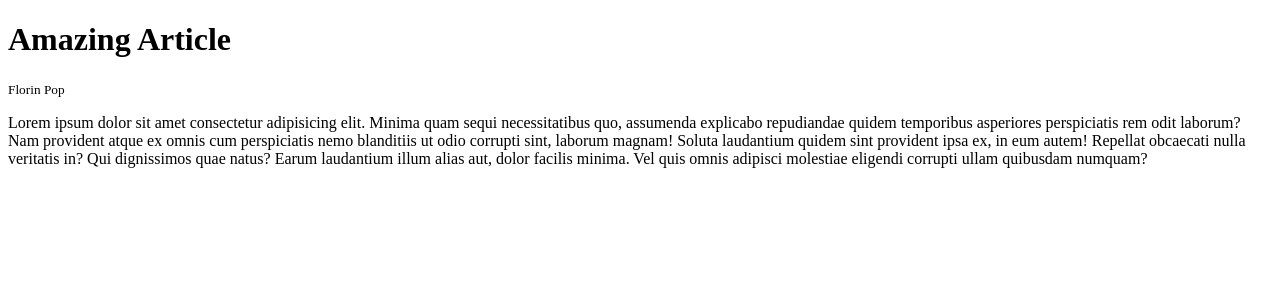
Repository: dunbom6612/RotateArticle
Page: index.html
These files come from the project's save history. The page is drawn as it stood at one moment and after the next save; the edit follows.
The browser window is 1280 px wide. The pictures show the whole page.

Above is the page before, as saved 2021-07-27 00:03:36.

### index.html
<!DOCTYPE html>
<html lang="en">
<head>
  <meta charset="UTF-8">
  <meta http-equiv="X-UA-Compatible" content="IE=edge">
  <meta name="viewport" content="width=device-width, initial-scale=1.0">
  <title>Rotate Navigation</title>
</head>
<body>
  <h1 class="title">Amazing Article</h1>
  <small class="author">Florin Pop</small>
  <p>Lorem ipsum dolor sit amet consectetur adipisicing elit. Minima quam sequi necessitatibus quo, assumenda explicabo repudiandae quidem temporibus asperiores perspiciatis rem odit laborum? Nam provident atque ex omnis cum perspiciatis nemo blanditiis ut odio corrupti sint, laborum magnam! Soluta laudantium quidem sint provident ipsa ex, in eum autem! Repellat obcaecati nulla veritatis in? Qui dignissimos quae natus? Earum laudantium illum alias aut, dolor facilis minima. Vel quis omnis adipisci molestiae eligendi corrupti ullam quibusdam numquam?</p>
</body>
</html>

After the next save:
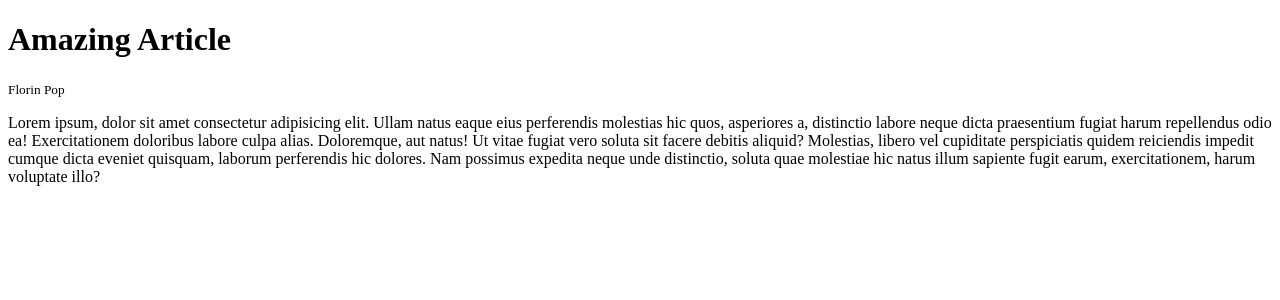
Saved 6 s later.
--- a/index.html
+++ b/index.html
@@ -9,6 +9,6 @@
 <body>
   <h1 class="title">Amazing Article</h1>
   <small class="author">Florin Pop</small>
-  <p>Lorem ipsum dolor sit amet consectetur adipisicing elit. Minima quam sequi necessitatibus quo, assumenda explicabo repudiandae quidem temporibus asperiores perspiciatis rem odit laborum? Nam provident atque ex omnis cum perspiciatis nemo blanditiis ut odio corrupti sint, laborum magnam! Soluta laudantium quidem sint provident ipsa ex, in eum autem! Repellat obcaecati nulla veritatis in? Qui dignissimos quae natus? Earum laudantium illum alias aut, dolor facilis minima. Vel quis omnis adipisci molestiae eligendi corrupti ullam quibusdam numquam?</p>
+  <p>Lorem ipsum, dolor sit amet consectetur adipisicing elit. Ullam natus eaque eius perferendis molestias hic quos, asperiores a, distinctio labore neque dicta praesentium fugiat harum repellendus odio ea! Exercitationem doloribus labore culpa alias. Doloremque, aut natus! Ut vitae fugiat vero soluta sit facere debitis aliquid? Molestias, libero vel cupiditate perspiciatis quidem reiciendis impedit cumque dicta eveniet quisquam, laborum perferendis hic dolores. Nam possimus expedita neque unde distinctio, soluta quae molestiae hic natus illum sapiente fugit earum, exercitationem, harum voluptate illo?</p>
 </body>
 </html>
